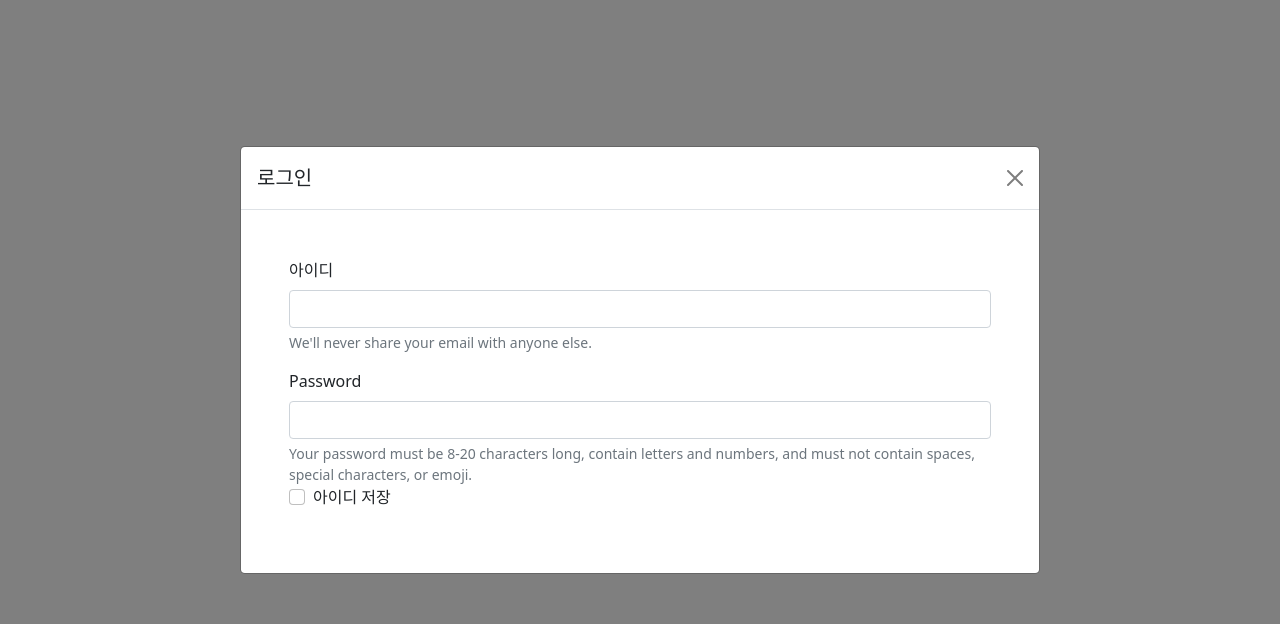
Repository: hyunha95/selfStudy
Page: http://localhost/spring-board/WEB-INF/views/member/login.jsp
These files come from the project's save history. The page is drawn as it stood at one moment and after the next save; the edit follows.
The browser window is 1280 px wide. The pictures show the whole page.
The page is served by Tomcat 9. Nobody is signed in. The template is opened directly, without the code that normally fills it, so the values that code supplies are empty.

Above is the page before, as saved 2022-01-15 07:35:12.

After the next save:
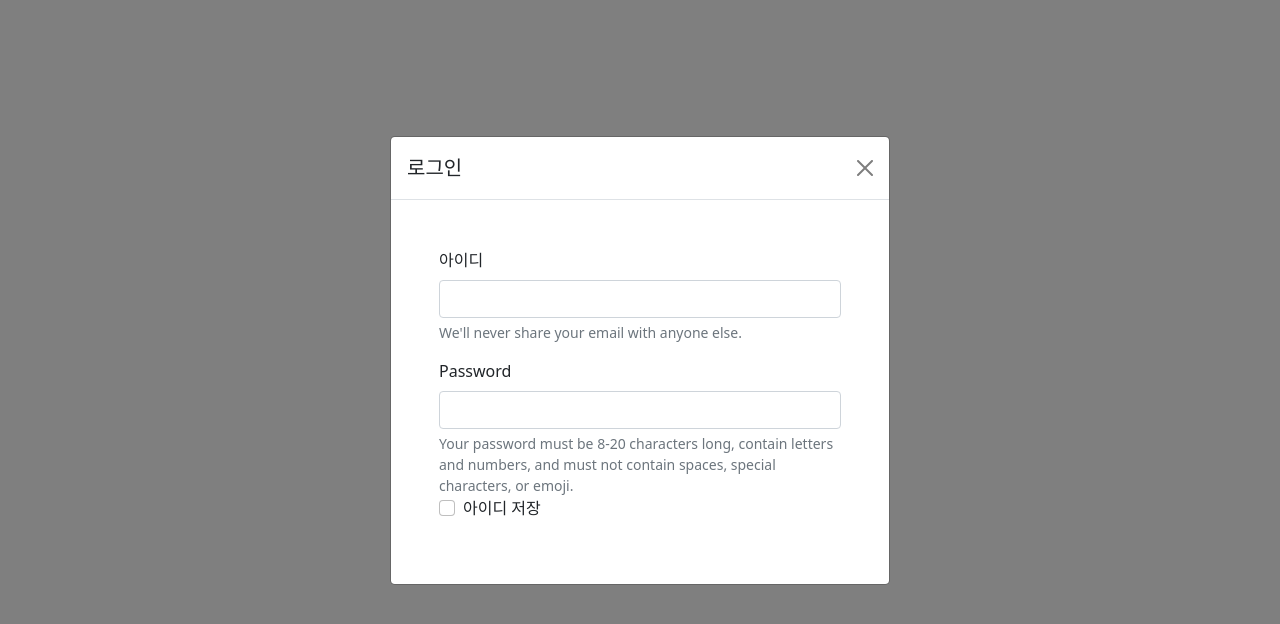
Saved 20 s later.
--- a/spring_workspace/spring-board/src/main/webapp/WEB-INF/views/member/login.jsp
+++ b/spring_workspace/spring-board/src/main/webapp/WEB-INF/views/member/login.jsp
@@ -25,7 +25,7 @@ $(() => {
 <body>
 	<!-- Modal 시작 -->
 	<div class="modal fade" id="loginModal" data-bs-backdrop="static" data-bs-keyboard="false" tabindex="-1" aria-labelledby="staticBackdropLabel" aria-hidden="true">
-	  <div class="modal-dialog modal-dialog-centered modal-lg">
+	  <div class="modal-dialog modal-dialog-centered">
 	    <div class="modal-content">
 	      <div class="modal-header">
 	        <h5 class="modal-title" id="staticBackdropLabel">로그인</h5>
